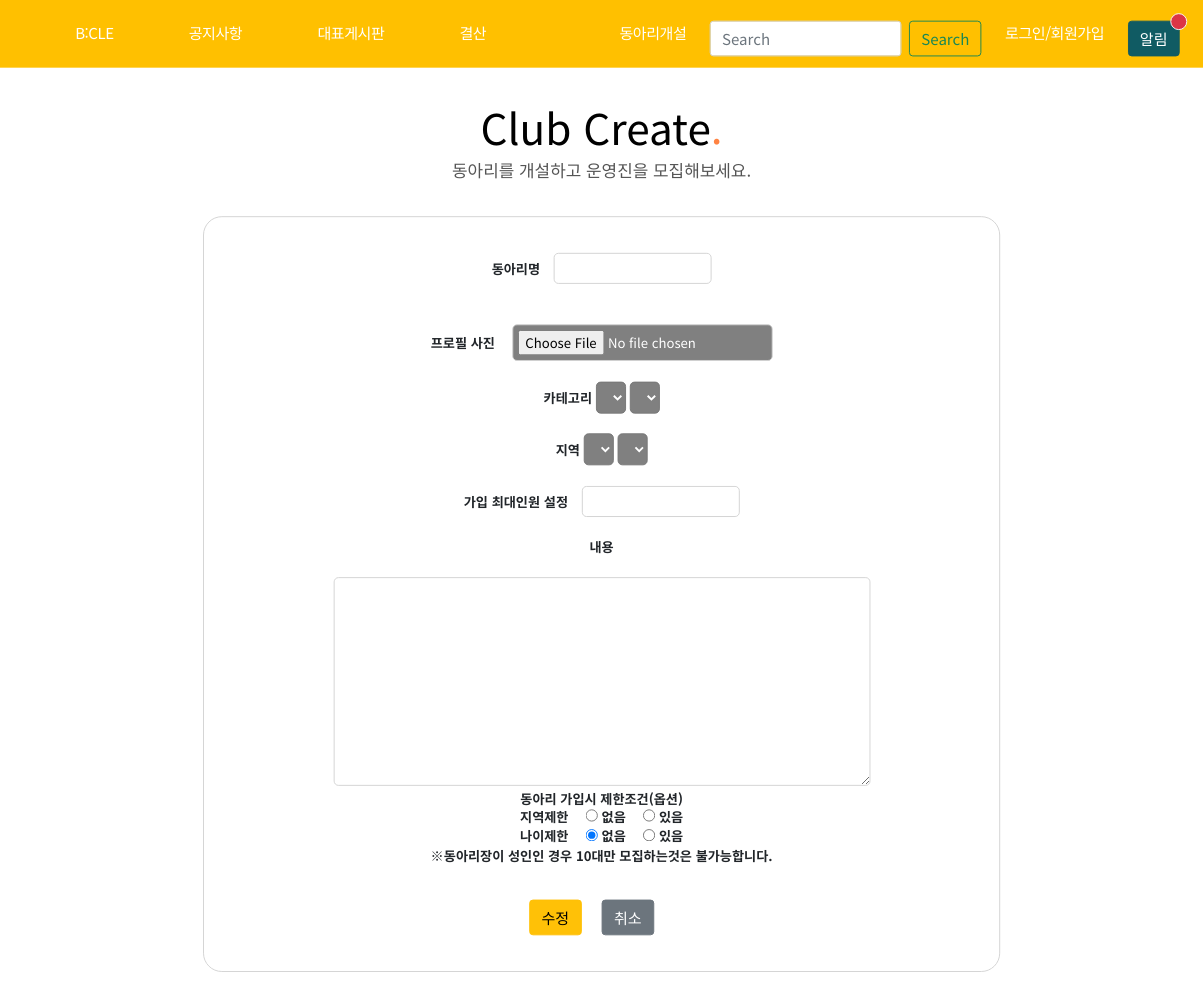
Repository: CHAEYUN7074/SpringProject
Page: http://localhost/viewpages/WEB-INF/view/PreClubUpdateForm.jsp
These files come from the project's save history. The page is drawn as it stood at one moment and after the next save; the edit follows.
The browser window is 1280 px wide. The pictures show the whole page, at 94% of full size.
Some web fonts or font styles are not loaded; a fallback is used. The page is served by Tomcat 9. Nobody is signed in. Other server files are loaded and not shown. The template is opened directly, without the code that normally fills it, so the values that code supplies are empty.

Above is the page before, as saved 2021-12-27 17:00:22.

### viewpages/WebContent/WEB-INF/view/PreClubUpdateForm.jsp
<%@ page contentType="text/html; charset=UTF-8"%>
<%@ taglib prefix="c" uri="http://java.sun.com/jsp/jstl/core"%>
<%
   request.setCharacterEncoding("UTF-8");
String cp = request.getContextPath();
%>
<!DOCTYPE html>
<html>
<head>
<meta charset="UTF-8">
<title>PreClubUpdateForm.jsp</title>
<style type="text/css">
@import
   url('https://fonts.googleapis.com/css?family=Exo+2|Noto+Sans+KR&display=swap')
   ;

.list-title{margin-top : 5vh;}
section .name {color: #000; text-align: center;}
section .name h2 {font-size: 45px; margin-bottom: 5px; font-weight: normal;}
section .name h2 span {color:#ff8342; }
section .name p {font-size: 18px; color: #555;}



#contents {
   margin : 5vh 30vh 5vh 30vh;
   padding : 3%;
   border : 1px solid lightgray;
   border-radius : 20px;
   font-family: 'Noto Sans KR', sans-serif;
   font-weight:bold;
   text-align : center;
}
#contents p {margin-bottom : 3vh;}
#contents input {margin-left : 2vh; border : 1px solid lightgray; border-radius: 5px; padding: 5px;}

.button_set {display : flex; margin-left : 40%; margin-top : 5vh;}
.button_set button {margin-right : 3vh;}

select {color: white; background: gray; border-radius: 5px; padding: 5px; }
textarea {border : 1px solid lightgray; border-radius: 5px; padding: 5px;}

</style>


<script type="text/javascript" src="http://code.jquery.com/jquery.min.js"></script>
<script type="text/javascript" src="<%=cp%>/js/jquery-ui.js"></script>
<script type="text/javascript" src="<%=cp%>/js/ajax.js"></script>
<script type="text/javascript">

   $(document).ready(function()
   {
      //카테고리 대분류(category_L_Id)가 변경되었을 경우 수행해야 할 코드 처리
      $("#category_L_Id").change(function()
      {
         //lert($("#category_L_Id").val());

         // Ajax 요청 및 응답 처리
         $.ajax(
         {
            type : "POST"
            ,url : "ajaxcategory.action"
            ,data : {category_L_Id : $("#category_L_Id").val()}
            ,dataType : "json" //{key : vlaue}
            ,success : function(result)
            {
               $("#category_S_Id").children().remove();
               $("#category_S_Id").append("<option value=\"\">선택</option>");

               for(var i=0; i<result.length; i++)
               {
                  $("#category_S_Id").append("<option value=\""+result[i].category_s_id+"\">"+result[i].s_cat+"</option>");
               }
            }
            ,error : function(e)
            {
               alert(e.responseText);
            }
         });
      });

      $("#region_L_Id").change(function()
      {
         //alert('변경');
         //alert($("#region_L_Id").val());

         var category_s_id = '${preopen.category_s_id}';

         $.ajax(
         {
            type : "POST"
            ,url : "ajaxregion.action"
            ,data : {region_L_Id : $("#region_L_Id").val()}
            ,dataType : "json"
            ,success : function(result)
            {
               //alert(result);
               $("#region_S_Id").children().remove();
               $("#region_S_Id").append("<option value=\"\">선택</option>");

               for(var i=0; i<result.length; i++)
               {
                  $("#region_S_Id").append("<option value=\""+result[i].region_s_id+"\">"+result[i].local+"</option>");
               }
            }
            ,error : function(e)
            {
               alert(e.responseText);
            }

          });

      });

   });
      //동아리명 중복 검사

    $(document).ready(function()
   {

      $('.title').focusout(function()  //focusout
      {
         let userTitle = $('.title').val();

         $.ajax({
            url : "checktitle.action" // ①컨트롤러로~
            , type : "POST"
            , data : {userTitle : userTitle}
            , dataType : "json"
            , success : function(result) //Check title에서 여기로 왔다.
            {
               if(result.title == 0){
                  $("#checkTitle").html('이미 동일한 이름의 동아리가 존재합니다.');
                  $("#checkTitle").css('color', 'red');
                  $('#title').val(''); //중복된 내용삭제

               }
               else
               {

                  $("#checkTitle").html('사용할 수 있는 동아리 이름입니다.');
                  $("#checkTitle").css('color', 'green');
               }
            }
            , error : function(e)
            {
               alert(e.responseText); //에러사항 보여주기
            }
         })
      })
   });



 //각 상황별 alert 창 → required로 했는데 클리어하지가 않아서, 각 상황에 맞게 알림창을 띄우기로했다.
   $(document).ready(function()
   {
      $("#submitBtn").click(function()
      {
          if ($.trim($("#title").val()).length == 0)
         {
            alert("동아리명을 입력하세요.");
            $("#title").focus();
            return;
         }

         if ($("#category_L_Id").val() == "")
         {
            alert("카테고리를 선택해주세요");
            $("#category_L_Id").focus();
            return;
         }
         if ($("#category_S_Id").val()== "")
         {
            alert("카테고리를 선택해주세요");
            $("#category_S_Id").focus();
            return;
         }
         if ($("#region_L_Id").val()== "")
         {
            alert("지역을 선택해주세요");
            $("#region_L_Id").focus();
            return;
         }
         if ($("#region_S_ID").val()== "")
         {
            alert("지역을 선택해주세요");
            $("#region_S_ID").focus();
            return;
         }
         if ($("#max").val().length == 0)
         {
            alert("최대 인원을 입력하세요");
            $("#max").focus();
            return;
         }

          if ($("#content").val().length == 0) // 내용 입력하라는 에러 , div id가 content여서
          {
             alert("내용을 입력하세요");
             $("#content").focus();
             return;
          }

         $("#updateForm").submit();
      });
   });

</script>


</head>
<body>

   <div class="wrap">
      <!-- 네브 영역 -->
      <div>
         <c:import url="nav.jsp"></c:import>
      </div>
     <!--
     HttpSession session = request.getSession();
     session.setAttribute("id", id);
       -->
      <!-- 콘텐츠 영역 -->

         <section class="list-title">
         <div class="name">
            <h2>Club Create<span>.</span></h2>
            <p>동아리를 개설하고 운영진을 모집해보세요.</p>
         </div>
      </section>

      <div id="contents">
         <div>
            <form action="preclubupdate.action" method="post" id="updateForm" enctype="multipart/form-data">
               <div>
                  <input type="text" name="cid" value="${preopen.cid}" style="display: none;"> <!-- cid 안보이게 삽입 -->
                  <p>
                  동아리명<input type="text" name="title" id="title" class="title" maxlength='20'  value="${preopen.title }">
                  </p>
                  <span id="checkTitle" style="font-size: small;"></span><br>
                  프로필 사진 <input type="file" name="url" id="url" value="${preopen.url }" style="color: white; background: gray; border-radius: 5px; padding: 5px;">
                  <p>
                  <!--
                     동아리장<input type="text" name="nickname" id="nickname"
                        placeholder="로그인 상태인 사람 여기에 자동 닉네임 뿌려주기" disabled="disabled">
                     개설예정일<input
                        type="text" name="preopendate" id="preopendate"
                        placeholder="자동입력" disabled="disabled">
                         -->
                  </p>
                  <p>
                     카테고리
                     <select id="category_L_Id" name="category_L_Id">
                        <c:forEach var="category" items="${categoryLList }">
                            <option value="${category.category_l_id}"
                            ${preopen.category_l_id == category.category_l_id ? "selected=\"selected\"" : "" }
                             >${category.l_cat}</option>
                        </c:forEach>
                     </select>
                     <select id="category_S_Id" name="category_S_Id">
                        <option value="${preopen.category_s_id}" selected="selected">${preopen.s_cat}</option>
                     </select>
                  </p>


                  <p>

                     지역
                     <select id="region_L_Id" name="region_L_Id">
                        <c:forEach var="region" items="${regionLList }">
                            <option value="${region.region_l_id}"
                            ${preopen.region_l_id == region.region_l_id ? "selected=\"selected\"" : "" }
                             >${region.city}</option>
                        </c:forEach>
                     </select>
                     <select id="region_S_Id" name="region_S_Id">
                        <option value="${preopen.region_s_id}" selected="selected">${preopen.local}</option>
                     </select>
                  </p>

                  <p>
                     가입 최대인원 설정<input type="text" id="max" name="max"  value="${preopen.max}">
                  </p>
                  <div>
                     <p>내용</p>
                     <textarea rows="10" cols="70" id="content" name="content" maxlength='100'>${preopen.content}</textarea>
                  </div>
                  <div>
                     <%-- <c:import url="beePicCreated.jsp"></c:import> --%>
                  </div>

                  <div>
                     <h5>동아리 가입시 제한조건(옵션)</h5>

                     <div>
                        지역제한
                        <input type="radio" name="regionlimit" value="X" id="regionlimitX"
                        ${preopen.limit_id == 'X' ? "checked=\"checked\"" : "" }>
                        <label for="regionlimitX">없음</label>
                        <input type="radio" name="regionlimit" id="regionlimitO" value="O"
                        ${preopen.limit_id == 'O' ? "checked=\"checked\"" : "" } >
                        <label for="regionlimitO">있음</label>
                        <br>
                        나이제한
                        <input type="radio" name="agelimit" id="agelimitX" value="X" checked="checked">
                        <label for="agelimitX">없음</label>
                        <input type="radio" name="agelimit" id="agelimitO"  value="O">
                        <label for="agelimitO">있음</label>
                        <br>※동아리장이 성인인 경우 10대만 모집하는것은 불가능합니다.
                     </div>

                      <div class ="button_set">
                        <button type="button" class="btn btn-warning" id="submitBtn">수정</button>
                        <button type="button" class="btn btn-secondary"  id="cancleBtn" onclick="location.href='mainpage.action'">취소</button>
                     </div>

                  </div>

               </div>
            </form>
         </div>
      </div>

   </div>




</body>
<script type="text/javascript">


</script>
</html>

### viewpages/WebContent/WEB-INF/view/nav.jsp
<%@ page contentType="text/html; charset=UTF-8"%>
<%@ taglib prefix="c" uri="http://java.sun.com/jsp/jstl/core"%>
<%
   request.setCharacterEncoding("UTF-8");
String cp = request.getContextPath();
%>
<!DOCTYPE html>
<html lang="ko">
<head>
<meta charset="UTF-8">
<meta name="viewport" content="width=device-width, initial-scale=1">
<title>B:CLE</title>
<!-- <link rel="stylesheet" href="css/main.css"> -->
<link rel="stylesheet" href="css/font-awesome.min.css">
<link
   href="https://cdn.jsdelivr.net/npm/bootstrap@5.1.3/dist/css/bootstrap.min.css"
   rel="stylesheet"
   integrity="sha384-1BmE4kWBq78iYhFldvKuhfTAU6auU8tT94WrHftjDbrCEXSU1oBoqyl2QvZ6jIW3"
   crossorigin="anonymous">

<style>
@import
   url('https://fonts.googleapis.com/css?family=Exo+2|Noto+Sans+KR&display=swap')
   ;
/*reset*/
* {
   margin: 0;
   padding: 0;
}
body {
   margin: 0;
}
h1, h2, h3, h4, h5, h6, p, ul, ol, li, dl, dt, dd {
   margin: 0;
   padding: 0;
}
h1, h2, h3, h4, h5, h6 {
   font-weight: 700;
   font-size: inherit;
}
a {
   color: inherit;
   text-decoration: inherit;
}
img {
   vertical-align: middle;
}
a img {
   border: none;
}
li {
   list-style: none;
}
address, em, i, ul {
   font-style: normal;
}
.mo {
   display: none;
}
body {
   font-family: 'Noto Sans KR', sans-serif;
   font-size: 14px;
}
header {
   font-family: 'Noto Sans KR', sans-serif;
   letter-spacing: -0.5px;
   background: rgb(255, 192, 0);
   color: white;
   height: 10vh;
   width: 100%;
   position: relative;
   margin-top: -20px;
}
.mainHeader {
   width: 100%;
   margin-top: 20px;
   box-sizing: border-box;
   vertical-align: center;
}
.mainHeader .gnbMo {
   display: none;
}
.mainHeader .gnb {
   float: left;
   margin-left: 80px;
   margin-top: 3vh;
}
.mainHeader .gnb li {
   float: left;
   margin-right: 80px;
}
.mainHeader .gnb li a {
   display: block;
   width: 100%;
   text-align: center;
   color: #fff;
   font-size: 16px;
   text-decoration-line: none;
}
.mainHeader .gnb li a:hover, .mainHeader .gnb li a:focus {
   color: #ff8342;
}
.mainHeader .tnb {
   float: right;
   margin-top: 3vh;
}
.mainHeader .tnb li {
   float: left;
   margin-right: 25px;
}
.mainHeader .tnb li a {
   display: block;
   width: 100%;
   text-align: center;
   font-size: 16px;
   color: #fff;
   text-decoration-line: none;
}
.mainHeader .tnb li:nth-child(1) a i, .mainHeader .tnb li:nth-child(2) a i
   {
   font-size: 20px;
   margin-right: 8px;
}
.mainHeader .tnb li:last-child a {
   display: block;
   width: 105px;
   line-height: 2;
   border: 1px solid #fff;
   border-radius: 30px;
   margin-top: 35px;
}
.mainHeader .tnb li:last-child a i {
   margin-left: 5px;
}
.mainHeader .tnb li:last-child a:hover {
   background: #fff;
   color: #ff8342;
   transition: all 0.3s;
}
.btn-primary {
    color: #fff;
    background-color: #105b63;
    border-color: #105b63;
}


.box {
    width: 30px;
    height: 30px;
    border-radius: 70%;
    overflow: hidden;
}
.profile {
    width: 100%;
    height: 100%;
    object-fit: cover;
}

</style>


</head>
<body>

   <c:choose>
      <c:when test="${!empty id }">
         <header>
            <div class="mainHeader">
               <nav class="gnb">
                  <ul>
                     <li><a href="mainpage.action">B:CLE</a></li>
                     <li><a href="mainnoticelist.action">공지사항</a></li>
                     <li><a href="mainfreeboardlist.action">대표게시판</a></li>
                     <li><a href="mainaccount.action">결산</a></li>
                  </ul>
               </nav>
               <nav class="tnb">
                  <ul>

                     <li><a href="clubinsertform.action">동아리개설</a></li>

                     <li>
                        <form class="d-flex">
                           <input class="form-control me-2" type="search"
                              placeholder="Search" aria-label="Search">
                           <button class="btn btn-outline-success" type="submit">Search</button>
                        </form>
                     </li>



                     <!-- 값을 넘겨보려 시도했는데 실패...ㅠ 다시 해볼게요 - 현정 -->
                     <li><a href="#">마이페이지</a></li>
                     <li><a href="logout.action"></i>로그아웃</a></li>
                         <li><button type="button"
                              class="btn btn-primary position-relative">
                              알림 <span
                                 class="position-absolute top-0 start-100 translate-middle p-2 bg-danger border border-light rounded-circle">
                                 <span class="visually-hidden">New alerts</span>
                              </span>
                             </button></li>
                  </ul>
               </nav>
               <nav class="gnbMo">
                  <a href="#"><i class="fa fa-bars" aria-hidden="true"></i></a>
               </nav>
            </div>
         </header>
      </c:when>
      <c:otherwise>
         <header>
            <div class="mainHeader">
               <nav class="gnb">
                  <ul>
                     <li><a href="mainpage.action">B:CLE</a></li>
                     <li><a href="mainnoticelist.action">공지사항</a></li>
                     <li><a href="mainfreeboardlist.action">대표게시판</a></li>
                     <li><a href="mainaccount.action">결산</a></li>
                  </ul>
               </nav>
               <nav class="tnb">
                  <ul>

                     <li><a href="#">동아리개설</a></li>

                     <li>
                        <form class="d-flex">
                           <input class="form-control me-2" type="search"
                              placeholder="Search" aria-label="Search">
                           <button class="btn btn-outline-success" type="submit">Search</button>
                        </form>
                     </li>




                     <li><a href="loginpage.action"></i>로그인/회원가입</a></li>
                     <li><button type="button"
                           class="btn btn-primary position-relative">
                           알림 <span
                              class="position-absolute top-0 start-100 translate-middle p-2 bg-danger border border-light rounded-circle">
                              <span class="visually-hidden">New alerts</span>
                           </span>
                        </button></li>
                  </ul>
               </nav>
               <nav class="gnbMo">
                  <a href="#"><i class="fa fa-bars" aria-hidden="true"></i></a>
               </nav>
            </div>
         </header>
      </c:otherwise>
   </c:choose>
   <!--header-->




</body>
</html>

<!-- 검색부분에 쓸 부트스트랩 -->
<!--       <form class="d-flex">
        <input class="form-control me-2" type="search" placeholder="Search" aria-label="Search">
        <button class="btn btn-outline-success" type="submit">Search</button>
      </form> -->

### viewpages/WebContent/js/ajax.js
/**
 * ajax.js
 */


var ajax = null;

// AJAX 객체(XMLHttpRequest 객체) 생성 함수
function createAjax()
{
	/*
	// ActiveXObject 를 지원하는 브라우저라면...
	if (window.ActiveXObject)			//-- IE 7 이전
	{
		return new ActiveXObject("Msxml2.XMLHTTP");
		//-- 이와 같은 방식으로 XMLHttpRequest 객체를 생성해서 반환하라.
		//   (ActiveXObject 객체 → XMLHttpRequest 객체의 대리 객체)
	}
	else								//-- 그 외 브라우저
	{
		if(window.XMLHttpRequest)		//-- XMLHttpRequest 지원 브라우저
		{
			return new XMLHttpRequest();
			//-- 이와 같은 방식으로 XMLHttpRequest 객체를 생성해서 반환하라.
		}
		else							//-- AJAX 를 지원하지 않는 브라우저
		{
			return null;
		}
	}
	*/

	// 위와 의미 같음. 논리적 순서로 정리한 것.
	if (window.XMLHttpRequest)
	{
		return new XMLHttpRequest();
	}
	else if (window.ActiveXObject)
	{
		//return new ActiveXObject("Msxml2.XMLHTTP");
		return new ActiveXObject("Microsoft.XMLHTTP");
	}
	else
	{
		return null;
	}
}

Loaded but not shown: viewpages/WebContent/js/jquery-ui.js (library)

After the next save:
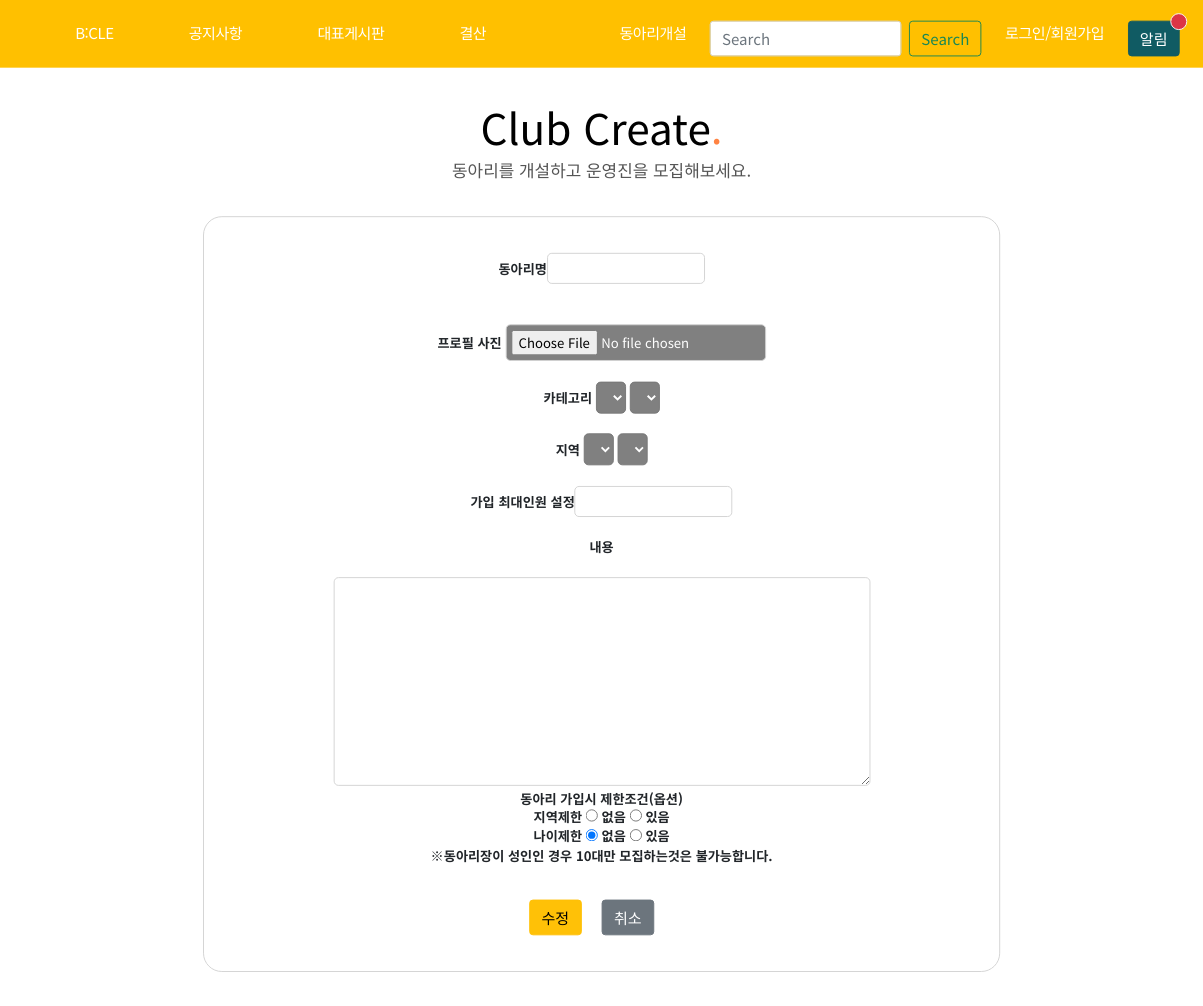
Saved 32 s later.
--- a/viewpages/WebContent/WEB-INF/view/PreClubUpdateForm.jsp
+++ b/viewpages/WebContent/WEB-INF/view/PreClubUpdateForm.jsp
@@ -32,7 +32,7 @@ section .name p {font-size: 18px; color: #555;}
    text-align : center;
 }
 #contents p {margin-bottom : 3vh;}
-#contents input {margin-left : 2vh; border : 1px solid lightgray; border-radius: 5px; padding: 5px;}
+#contents input {border : 1px solid lightgray; border-radius: 5px; padding: 5px;}
 
 .button_set {display : flex; margin-left : 40%; margin-top : 5vh;}
 .button_set button {margin-right : 3vh;}
